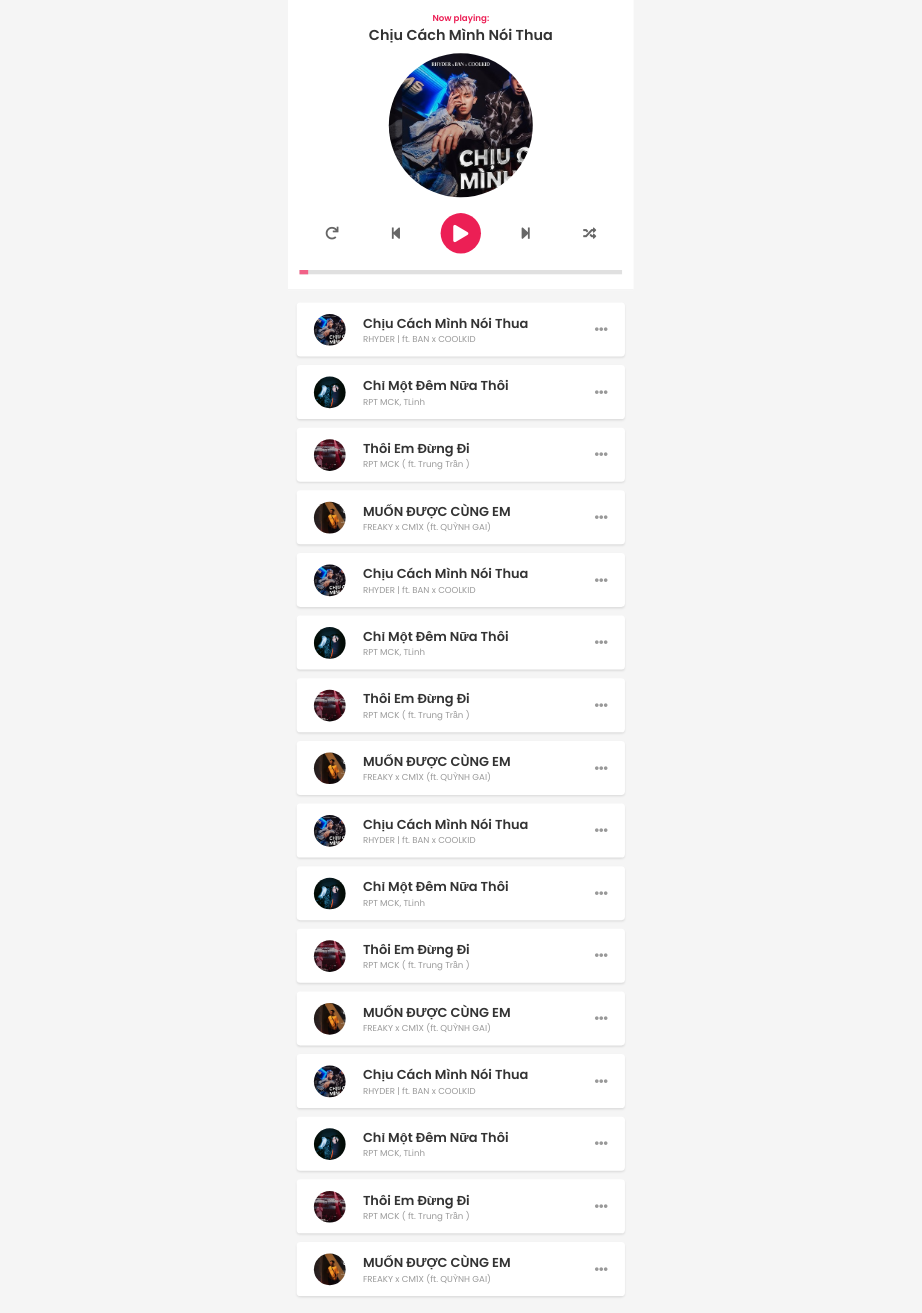
Repository: ChiNg22nd04/MusicPlayer
Page: index.html
The author's editor kept a copy of each file at every save. The page is drawn from the files as they stood at one save, then again after the next save.
The browser window is 1280 px wide. The pictures show the whole page, at 72% of full size.

Above is the page before, as saved 2023-12-31 16:47:50.

### index.html
<!DOCTYPE html>
<html lang="en">
<head>
    <meta charset="UTF-8">
    <meta name="viewport" content="width=device-width, initial-scale=1.0">
    <title>Music player</title>
    <link rel="stylesheet" href="https://cdnjs.cloudflare.com/ajax/libs/font-awesome/5.15.2/css/all.min.css" integrity="sha512-HK5fgLBL+xu6dm/Ii3z4xhlSUyZgTT9tuc/hSrtw6uzJOvgRr2a9jyxxT1ely+B+xFAmJKVSTbpM/CuL7qxO8w==" crossorigin="anonymous" />
    <link rel="preconnect" href="https://fonts.gstatic.com">
    <link href="https://fonts.googleapis.com/css2?family=Poppins:wght@300;400;600&display=swap" rel="stylesheet">
    <link rel="stylesheet" href="./assets/css/style.css">
</head>
<body>


<div class="player">
  <!-- Dashboard -->
  <div class="dashboard">
    <!-- Header -->
    <header>
      <h4>Now playing:</h4>
      <h2>String 57th & 9th</h2>
    </header>

    <!-- CD -->
    <div class="cd">
      <div class="cd-thumb"
        style="background-image: url(./assets/img/cmdnt.jpeg);">

      </div>
    </div>

    <!-- Control -->
    <div class="control">
      <div class="btn btn-repeat">
        <i class="fas fa-redo"></i>
      </div>
      <div class="btn btn-prev">
        <i class="fas fa-step-backward"></i>
      </div>
      <div class="btn btn-toggle-play">
        <i classa="fas fa-pause icon-pause"></i>
        <i class="fas fa-play icon-play"></i>
      </div>
      <div class="btn btn-next">
        <i class="fas fa-step-forward"></i>
      </div>
      <div class="btn btn-random">
        <i class="fas fa-random"></i>
      </div>
    </div>

    <input id="progress" class="progress" type="range" value="0" step="1" min="0" max="100">

    <audio id="audio" src=""></audio>
  </div>

  <!-- Playlist -->
  <div class="playlist">

  </div>
</div>
<script src="./main.js"></script>
<!-- Design from: https://static.collectui.com/shots/3671744/musicloud-revolutionary-app-for-music-streaming-large -->
</body>
</html>

### assets/css/style.css
:root {
    --primary-color: #ec1f55;
    --text-color: #333;
  }

  * {
    padding: 0;
    margin: 0;
    box-sizing: inherit;
  }

  body {
    background-color: #f5f5f5;
  }

  html {
    box-sizing: border-box;
    font-family: "Poppins", sans-serif;
  }

  .player {
    position: relative;
    max-width: 480px;
    margin: 0 auto;
  }

  .player .icon-pause {
    display: none ;

  }

  .player.playing .icon-pause {
    display: inline-block ;
  }

  .player.playing .icon-play {
    display: none;
  }

  .dashboard {
    padding: 16px 16px 14px;
    background-color: #fff;
    position: fixed;
    top: 0;
    width: 100%;
    max-width: 480px;
    border-bottom: 1px solid #ebebeb;
  }

  /* HEADER */
  header {
    text-align: center;
    margin-bottom: 10px;
  }

  header h4 {
    color: var(--primary-color);
    font-size: 12px;
  }

  header h2 {
    color: var(--text-color);
    font-size: 20px;
  }

  /* CD */
  .cd {
    display: flex;
    margin: auto;
    width: 200px;
  }

  .cd-thumb {
    width: 100%;
    padding-top: 100%;
    border-radius: 50%;
    background-color: #333;
    background-size: cover;
    margin: auto;
  }

  /* CONTROL */
  .control {
    display: flex;
    align-items: center;
    justify-content: space-around;
    padding: 18px 0 8px 0;
  }

  .control .btn {
    color: #666;
    padding: 18px;
    font-size: 18px;
  }

  .control .btn.active {
    color: var(--primary-color);
  }
  .control .btn-toggle-play {
    width: 56px;
    height: 56px;
    border-radius: 50%;
    font-size: 24px;
    color: #fff;
    display: flex;
    align-items: center;
    justify-content: center;
    background-color: var(--primary-color);
  }

  .progress {
    width: 100%;
    -webkit-appearance: none;
    height: 6px;
    background: #d3d3d3;
    outline: none;
    opacity: 0.7;
    -webkit-transition: 0.2s;
    transition: opacity 0.2s;
  }

  .progress::-webkit-slider-thumb {
    -webkit-appearance: none;
    appearance: none;
    width: 12px;
    height: 6px;
    background-color: var(--primary-color);
    cursor: pointer;
  }

  /* PLAYLIST */
  .playlist {
    margin-top: 408px;
    padding: 12px;
  }

  .song {
    display: flex;
    align-items: center;
    margin-bottom: 12px;
    background-color: #fff;
    padding: 8px 16px;
    border-radius: 5px;
    box-shadow: 0 2px 3px rgba(0, 0, 0, 0.1);
  }

  .song.active {
    background-color: var(--primary-color);
  }

  .song:active {
    opacity: 0.8;
  }

  .song.active .option,
  .song.active .author,
  .song.active .title {
    color: #fff;
  }

  .song .thumb {
    width: 44px;
    height: 44px;
    border-radius: 50%;
    background-size: cover;
    margin: 0 8px;
  }

  .song .body {
    flex: 1;
    padding: 0 16px;
  }

  .song .title {
    font-size: 18px;
    color: var(--text-color);
  }

  .song .author {
    font-size: 12px;
    color: #999;
  }

  .song .option {
    padding: 16px 8px;
    color: #999;
    font-size: 18px;
  }

### main.js
const $ = document.querySelector.bind(document);
const $$ = document.querySelectorAll.bind(document);

const playlist = $('.playlist');
const audio = $('#audio');
const heading = $('header h2');
const cdThumb = $('.cd-thumb');
const playBtn = $('.btn-toggle-play');
const player = $('.player');
const nextBtn = $('.btn-next');
const prevBtn = $('.btn-prev');
//! List bài hát
const app = {
    currentIndex: 0,
    isPlaying: false,
    listSong: [
        {
            name: 'Chịu Cách Mình Nói Thua',
            singer: 'RHYDER | ft. BAN x COOLKID ',
            path: './assets/music/ChiuCachMinhNoiThua-RHYDERCoolkidBAN-12449134.mp3',
            img:'./assets/img/ccmnt.jpeg',
        },
        {
            name: 'Chỉ Một Đêm Nữa Thôi',
            singer: 'RPT MCK, TLinh',
            path: './assets/music/ChiMotDemNuaThoi-MCK-8804087.mp3',
            img: './assets/img/cmdnt.jpeg',
        },
        {
            name: 'Thôi Em Đừng Đi',
            singer: 'RPT MCK ( ft. Trung Trần )',
            path: './assets/music/ThoiEmDungDi-MCK-8804088.mp3',
            img: './assets/img/tedd.jpeg',
        },
        {
            name: 'MUỐN ĐƯỢC CÙNG EM',
            singer: 'FREAKY x CM1X (ft. QUỲNH GAI)',
            path: './assets/music/MuonDuocCungEm-Freaky-6792500.mp3',
            img: './assets/img/mdce.jpeg',
        },
        {
            name: 'Chịu Cách Mình Nói Thua',
            singer: 'RHYDER | ft. BAN x COOLKID ',
            path: './assets/music/ChiuCachMinhNoiThua-RHYDERCoolkidBAN-12449134.mp3',
            img:'./assets/img/ccmnt.jpeg',
        },
        {
            name: 'Chỉ Một Đêm Nữa Thôi',
            singer: 'RPT MCK, TLinh',
            path: './assets/music/ChiMotDemNuaThoi-MCK-8804087.mp3',
            img: './assets/img/cmdnt.jpeg',
        },
        {
            name: 'Thôi Em Đừng Đi',
            singer: 'RPT MCK ( ft. Trung Trần )',
            path: './assets/music/ThoiEmDungDi-MCK-8804088.mp3',
            img: './assets/img/tedd.jpeg',
        },
        {
            name: 'MUỐN ĐƯỢC CÙNG EM',
            singer: 'FREAKY x CM1X (ft. QUỲNH GAI)',
            path: './assets/music/MuonDuocCungEm-Freaky-6792500.mp3',
            img: './assets/img/mdce.jpeg',
        },
        {
            name: 'Chịu Cách Mình Nói Thua',
            singer: 'RHYDER | ft. BAN x COOLKID ',
            path: './assets/music/ChiuCachMinhNoiThua-RHYDERCoolkidBAN-12449134.mp3',
            img:'./assets/img/ccmnt.jpeg',
        },
        {
            name: 'Chỉ Một Đêm Nữa Thôi',
            singer: 'RPT MCK, TLinh',
            path: './assets/music/ChiMotDemNuaThoi-MCK-8804087.mp3',
            img: './assets/img/cmdnt.jpeg',
        },
        {
            name: 'Thôi Em Đừng Đi',
            singer: 'RPT MCK ( ft. Trung Trần )',
            path: './assets/music/ThoiEmDungDi-MCK-8804088.mp3',
            img: './assets/img/tedd.jpeg',
        },
        {
            name: 'MUỐN ĐƯỢC CÙNG EM',
            singer: 'FREAKY x CM1X (ft. QUỲNH GAI)',
            path: './assets/music/MuonDuocCungEm-Freaky-6792500.mp3',
            img: './assets/img/mdce.jpeg',
        },
        {
            name: 'Chịu Cách Mình Nói Thua',
            singer: 'RHYDER | ft. BAN x COOLKID ',
            path: './assets/music/ChiuCachMinhNoiThua-RHYDERCoolkidBAN-12449134.mp3',
            img:'./assets/img/ccmnt.jpeg',
        },
        {
            name: 'Chỉ Một Đêm Nữa Thôi',
            singer: 'RPT MCK, TLinh',
            path: './assets/music/ChiMotDemNuaThoi-MCK-8804087.mp3',
            img: './assets/img/cmdnt.jpeg',
        },
        {
            name: 'Thôi Em Đừng Đi',
            singer: 'RPT MCK ( ft. Trung Trần )',
            path: './assets/music/ThoiEmDungDi-MCK-8804088.mp3',
            img: './assets/img/tedd.jpeg',
        },
        {
            name: 'MUỐN ĐƯỢC CÙNG EM',
            singer: 'FREAKY x CM1X (ft. QUỲNH GAI)',
            path: './assets/music/MuonDuocCungEm-Freaky-6792500.mp3',
            img: './assets/img/mdce.jpeg',
        },

    ],

    //hàm để render ra view
    render: function() {
        const htmls = this.listSong.map((song) => {
            return `
            <div class="song">
                <div class="thumb"
                    style="background-image: url('${song.img}');">
                </div>
                <div class="body">
                    <h3 class="title">${song.name}</h3>
                    <p class="author">${song.singer}</p>
                </div>
                <div class="option">
                    <i class="fas fa-ellipsis-h"></i>
                </div>
            </div>
       `

        })
        $('.playlist').innerHTML = htmls.join('\n');
    },
    //handleEven
    handleEnvens: function() {
        // xử lý phóng to thu nhỏ
        const cdWidth =  $('.cd').offsetWidth
        document.onscroll = function() {
            // const scroll = window.scrollY
            const scroll = document.documentElement.scrollTop || window.scrollY
            const cdNew = cdWidth - scroll
            // nếu cdNew > 0 thì
            $('.cd').style.width = cdNew  > 0 ? cdNew + 'px' : 0;
            $('.cd').style.opacity = cdNew / cdWidth;
        }

        //lắng nghe sự kiện click play
        playBtn.onclick = function() {
            audio.play()
            player.classList.add('playing')
            //nếu đang playing thì phải pause còn k thì ngược lại
            if(app.isPlaying) {
                // app.isPlaying = false;
                audio.pause();
                // player.classList.remove('playing');
            }
            else {
                // app.isPlaying = true;
                audio.play();
                // player.classList.add('playing');
            }
        }

        //khi song được play lắng nghe trên thẻ audio
        audio.onplay = function() {
            app.isPlaying = true;
            player.classList.add('playing');
        }
        //khi song bị pause
        audio.onpause = function() {
            app.isPlaying = false;
            player.classList.remove('playing');
        }

        //khi pre song
        prevBtn.onclick = function() {
            app.prevSong();
            audio.play();
        }
        //khi next song
        nextBtn.onclick = function() {
            app.nextSong();
            audio.play();
        }
    },
    //hàm để xử lý khi click vào song
    // songActive: function() {
    //     const songList = $$('.song')
    //     for (var i = 0; i < songList.length; i++) {
    //         songList[i].onclick = function() {
    //             console.log(this.name);
    //         }
    //     }
    // },

    //prev song
    prevSong: function() {
        this.currentIndex--;
        if(this.currentIndex < 0) {
            this.currentIndex = this.listSong.length - 1;
        }
        this.loadCurrentSong();
    },

    //next song
    nextSong: function() {
        this.currentIndex++;
        if(this.currentIndex >= this.listSong.length) {
            this.currentIndex = 0;
        }
        this.loadCurrentSong();
    },

    //hàm để lấy ra bài hát hiện tại
    getCurrentSong: function() {
        return this.listSong[this.currentIndex].name;
    },
    //hàm để load bài hát hiện tại
    loadCurrentSong: function() {

        heading.textContent = this.listSong[this.currentIndex].name;
        cdThumb.style.backgroundImage = `url(${this.listSong[this.currentIndex].img})`;
        audio.src = this.listSong[this.currentIndex].path;
    },

    //pthức start() để bắt đầu
    start: function() {
        //lắng nghe và xử lý các sự kiện
        this.handleEnvens()
        //render playlist
        this.render()
        this.getCurrentSong()
        this.loadCurrentSong()
        this.nextSong()
        this.prevSong()
    }
}

app.start();

After the next save:
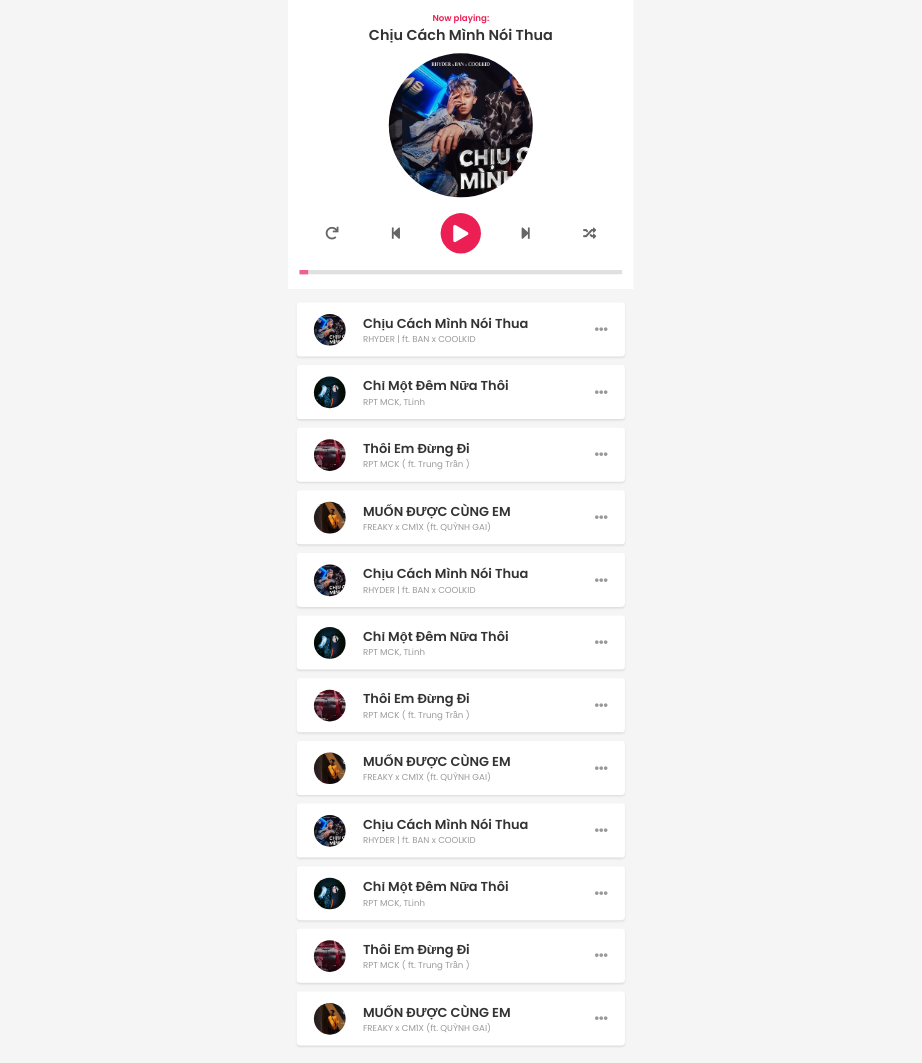
Saved 40 s later.
--- a/main.js
+++ b/main.js
@@ -62,30 +62,7 @@
             path: './assets/music/MuonDuocCungEm-Freaky-6792500.mp3',
             img: './assets/img/mdce.jpeg',
         },
-        {
-            name: 'Chịu Cách Mình Nói Thua',
-            singer: 'RHYDER | ft. BAN x COOLKID ',
-            path: './assets/music/ChiuCachMinhNoiThua-RHYDERCoolkidBAN-12449134.mp3',
-            img:'./assets/img/ccmnt.jpeg',
-        },
-        {
-            name: 'Chỉ Một Đêm Nữa Thôi',
-            singer: 'RPT MCK, TLinh',
-            path: './assets/music/ChiMotDemNuaThoi-MCK-8804087.mp3',
-            img: './assets/img/cmdnt.jpeg',
-        },
-        {
-            name: 'Thôi Em Đừng Đi',
-            singer: 'RPT MCK ( ft. Trung Trần )',
-            path: './assets/music/ThoiEmDungDi-MCK-8804088.mp3',
-            img: './assets/img/tedd.jpeg',
-        },
-        {
-            name: 'MUỐN ĐƯỢC CÙNG EM',
-            singer: 'FREAKY x CM1X (ft. QUỲNH GAI)',
-            path: './assets/music/MuonDuocCungEm-Freaky-6792500.mp3',
-            img: './assets/img/mdce.jpeg',
-        },
+
         {
             name: 'Chịu Cách Mình Nói Thua',
             singer: 'RHYDER | ft. BAN x COOLKID ',
